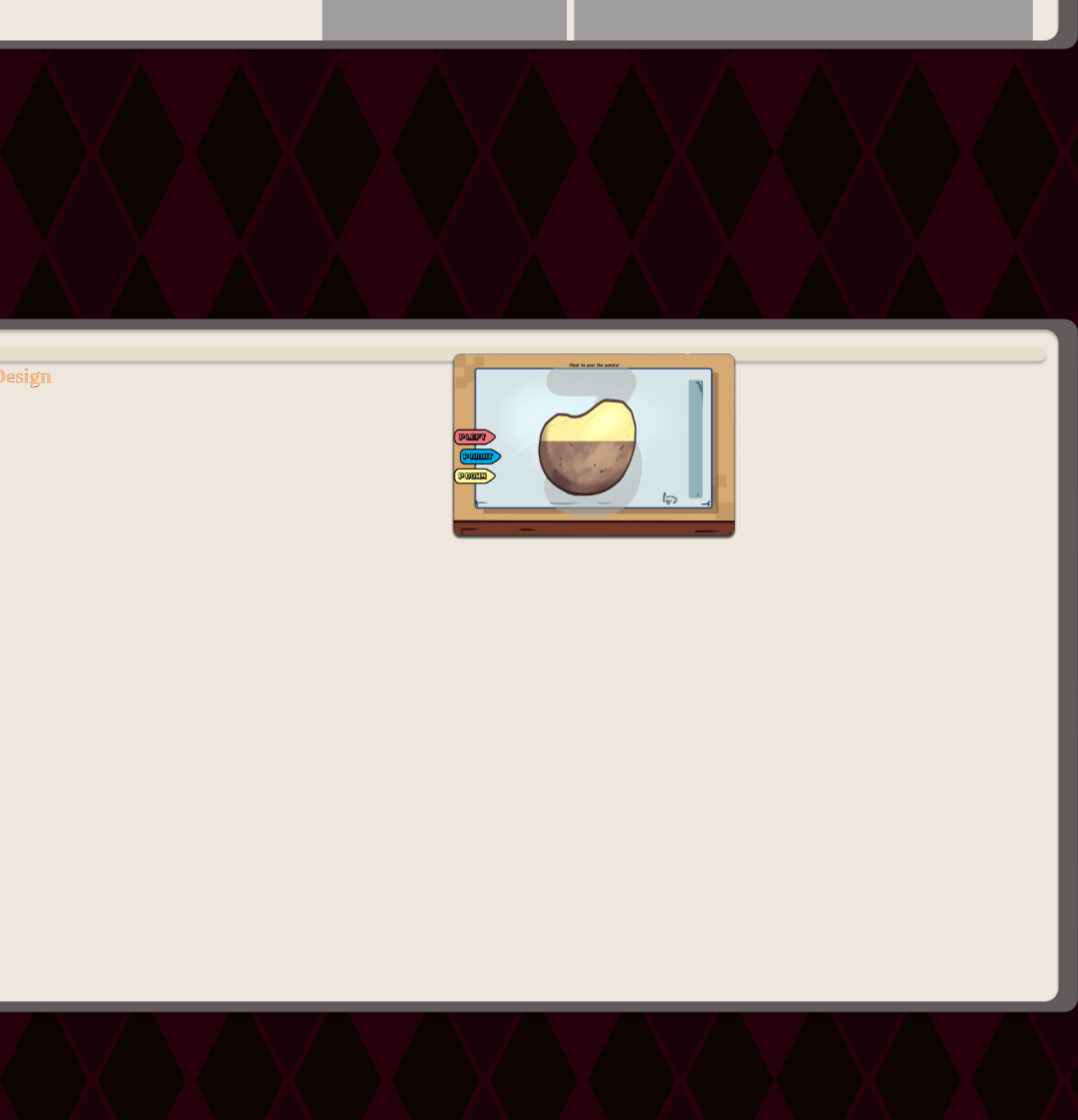
Repository: EMP-ChristinaC/Portfolio
Page: projects/potato-shuffle/potato.html
The author's editor kept a copy of each file at every save. The page is drawn from the files as they stood at one save, then again after a run of saves.
The browser window is 1280 px wide. The page is 1540 px wide, so the pictures cover 1540 px, including what lies to the right of the window. The pictures show the part of the page from y = 2582 to 4182 px (the page is 4978 px tall), at 70% of full size.
Pictures or frames that could not be fetched are drawn as grey boxes. Some web fonts or font styles are not loaded; a fallback is used.

Above is the page before, as saved 2024-12-09 13:41:08.

After the next 4 saves:
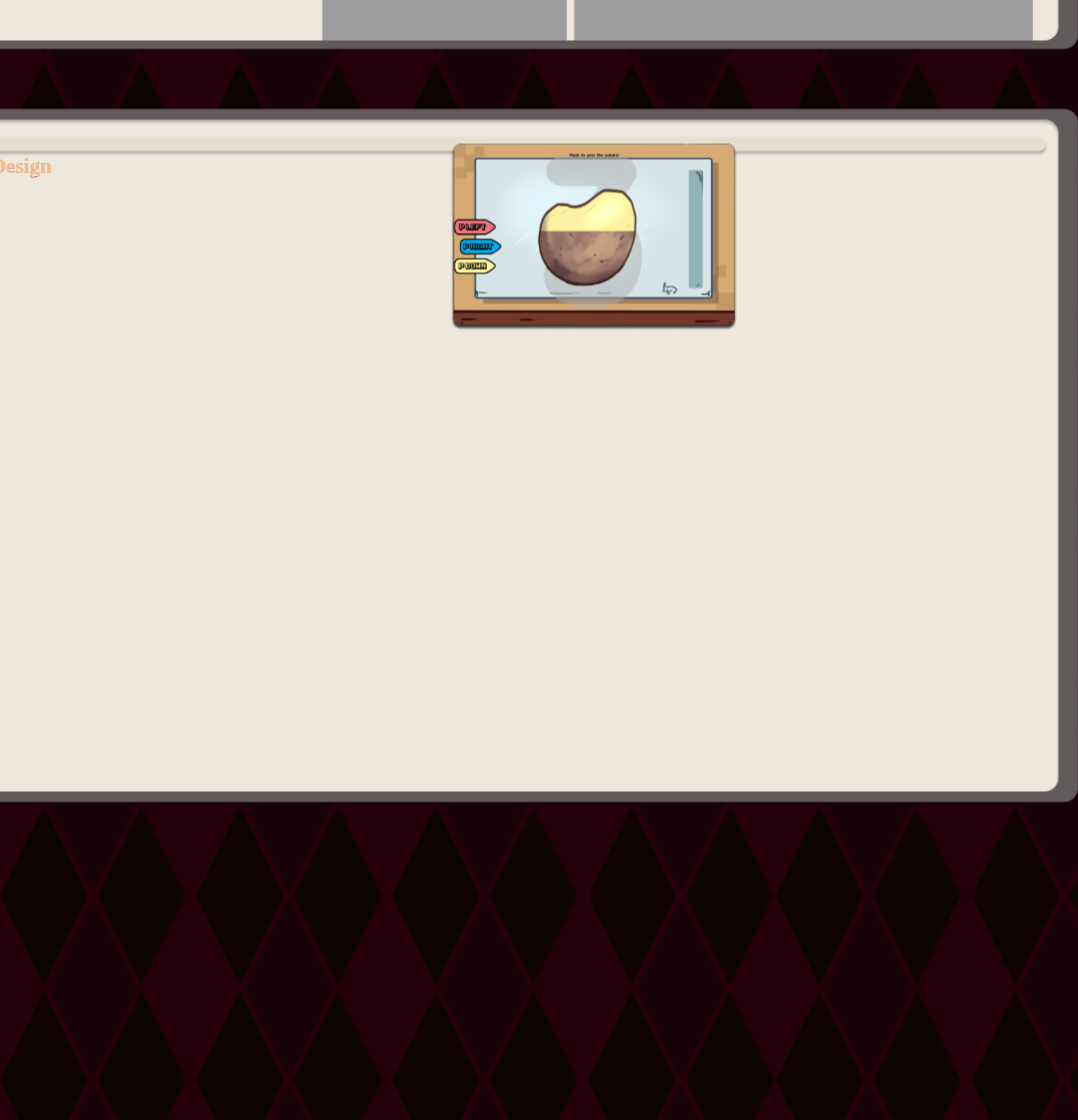
The 4 saves are shown as one change because they came seconds apart.
The last was saved 8 s later.
--- a/projects/potato-shuffle/potato.css
+++ b/projects/potato-shuffle/potato.css
@@ -46,7 +46,7 @@
     position: absolute;
     top: 50%;
     left: 50%;
-    transform: translate(-50%, 1640px);
+    transform: translate(-50%, 1340px);
 }
 
 
